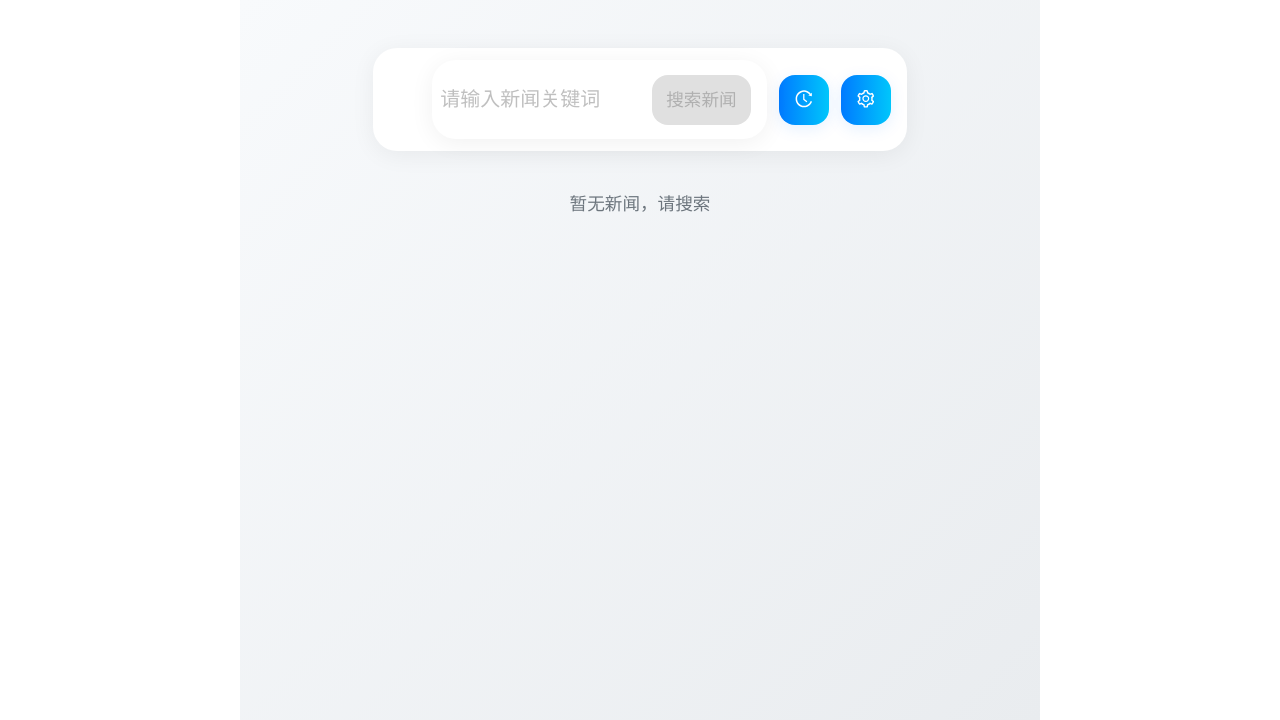
Repository: XJN7197/NewsAssistantBaseMCP
Page: / (app in frontend/)
An editor plug-in stored every save of this project. The page is shown before and after the next save, followed by the edit.
The browser window is 1280 px wide. The pictures show the whole page.
The project was rebuilt for these pictures with package versions that can differ from the ones it lists, and the page was loaded fresh each time. Also part of the build but not shown: frontend/vite.config.ts, frontend/src/components/NewsCard.tsx.

Above is the page before, as saved 2025-05-25 19:47:06.

### frontend/src/App.tsx
import { useState } from 'react'
import Home from './pages/Home'
import './App.css'

function App() {

  return (
    <>
      <Home/>
    </>
  )
}

export default App

### frontend/src/pages/Home.module.css
.home-container {
  height: 100vh;
  width: 800px;
  background: linear-gradient(135deg, #f8fafc 0%, #e9ecef 100%);
  display: flex;
  flex-direction: column;
  align-items: center;
  padding: 48px 0 48px 0; /* 调整了上下padding，左右padding设为0，因为内容区会通过max-width控制 */
  font-family: -apple-system, BlinkMacSystemFont, "Segoe UI", Roboto, "Helvetica Neue", Arial, "PingFang SC", "Hiragino Sans GB", "Microsoft YaHei", sans-serif;
}

.search-bar {
  display: flex;
  justify-content: flex-end;
  align-items: center;
  gap: 12px;
  position: sticky;
  top: 0;
  z-index: 1;
  background: #fff;
  border-radius: 24px;
  box-shadow: 0 4px 24px 0 rgba(0,0,0,0.06);
  padding: 12px 16px; /* 减小整体内边距 */
  width: 66.66%;
  max-width: none;
}

.search-bar input[type="text"] {
  flex: 1;
  min-width: 200px; /* 设置最小宽度 */
  border: none;
  outline: none;
  font-size: 1.25rem;
  background: transparent;
  color: #222;
  padding: 8px 12px; /* 调整输入框内边距 */
  margin: 0;
  box-sizing: border-box;
  border-radius: 8px; /* 添加圆角 */
  transition: background 0.2s;
}

/* 添加输入框悬停效果 */
.search-bar input[type="text"]:hover,
.search-bar input[type="text"]:focus {
  background: rgba(0, 0, 0, 0.02);
}
.search-bar button {
  height: 50px;
  background: linear-gradient(90deg, #007aff 0%, #00c6fb 100%);
  color: #fff;
  border: none;
  border-radius: 16px; /* 更大的圆角 */
  padding: 14px 36px; /* 增加了按钮padding */
  font-size: 1.1rem; /* 稍大字体 */
  font-weight: 500;
  cursor: pointer;
  transition: background 0.2s, box-shadow 0.2s;
  box-shadow: 0 4px 16px 0 rgba(0,122,255,0.10); /* 按钮阴影 */
}

.search-bar button:disabled {
  background: #e0e0e0;
  color: #b0b0b0;
  cursor: not-allowed;
  box-shadow: none;
}

.news-list-container { /* Renamed from .news-list */
  width: 66.66%; /* 宽度固定为视口宽度的2/3 */
  /* height: 1500px; 高度固定为1500px */
  max-width: none; /* 移除最大宽度限制 */
  margin-bottom: 40px;
  min-height: 180px; /* 最小高度，避免内容过少时塌陷 */
  display: flex;
  flex-direction: column;
  gap: 24px; /* 新闻卡片之间的间距 */
  overflow-y: auto; /* 添加垂直滚动 */
  /* 可以在这里添加新闻卡片的样式，或者为新闻卡片组件单独创建样式文件 */
}

/* 针对 news-list 中暂无新闻的提示文本样式 */
.news-list > div {
  color: #6c757d; /* 柔和的提示文字颜色 */
  font-size: 1.1rem;
  text-align: center;
  padding: 40px 0;
}

/* Styles for .news-card, .checkbox-container, .news-content, .news-title, .news-desc, .news-link are removed as Ant Design components handle them */

/* 错误消息样式 */
.error-message {
  color: #dc3545; /* 红色错误提示 */
  font-size: 1.1rem;
  text-align: center;
  padding: 40px 0;
}


.analyze-btn {
  margin-bottom: 32px;
}

.analyze-btn button {
  background: linear-gradient(90deg, #34e89e 0%, #0f3443 100%); /* 保持了之前的渐变色 */
  color: #fff;
  border: none;
  border-radius: 16px; /* 更大的圆角 */
  padding: 16px 48px; /* 增加了按钮padding */
  font-size: 1.2rem; /* 稍大字体 */
  font-weight: 600;
  cursor: pointer;
  transition: background 0.2s, box-shadow 0.2s;
  box-shadow: 0 4px 16px 0 rgba(52,232,158,0.10); /* 按钮阴影 */
}

.analyze-btn button:disabled {
  background: #e0e0e0;
  color: #b0b0b0;
  cursor: not-allowed;
  box-shadow: none;
}

/* Styles for .report-modal and its children are removed as Ant Design Modal component handles them */

### frontend/src/mock/newsData.ts
export const mockNewsData = {
    news_list: [
      {
        title: "Qwen引领AI前端技术革新：深度解析一句话开发网页的突破_模型_行业_创新",
        desc: "在人工智能快速发展的2025年，来自量子位的最新报道显示，AI技术正迎来前所未有的革新，尤其是在前端开发领域。由Qwen推出的“AI前端工程师”WebDev工具，以...",
        url: "https://news.sohu.com/a/893821748_121924584"
      },
      {
        title: "谷歌推Gemini2.5Pro模型，AI 助力前端开发与复杂编程",
        desc: "谷歌推Gemini2.5Pro模型#，AI 助力前端开发与复杂编程】5 月7 日消息，科技媒体The Decoder 昨日（5 月6 日）发布博文，报道称谷歌为预热今年的I/O...",
        url: "https://news.sina.com.cn/external/car/2025-05-07/doc-inevtine1324735.shtml"
      },
      {
        title: "前端程序员请注意！首个截图就能生成现代前端代码的AI来了 | 已开源",
        desc: "现在截图生成代码，已经来到了一个新高度——. ⾸个⾯向现代前端代码⽣成的多模态⼤模型解决⽅案，来了！ 而且是开源的那种。 前端程序员请注意！首个截图就能...",
        url: "https://www.qbitai.com/2025/02/258521.html"
      },
      {
        title: "AI包办79%代码，程序员饭碗不保，前端开发要凉，人类只配改Bug？",
        desc: "编码助手更偏向自动化。有79%的Claude Code对话可以被归为「自动化」，即AI直接完成任务，而不是与人类协作「增强」。相比之下，Claude.ai的对话中只有49%是...",
        url: "https://m.36kr.com/p/3271134281245063"
      },
      {
        title: "武汉烽火申请前后端协同开发方法专利，大大降低前后端耦合度",
        desc: "本文源自:金融界. 金融界2025年5月15日消息，国家知识产权局信息显示，武汉烽火信息集成技术有限公司申请一项名为“前后端协同开发方法、装置、设备及可...",
        url: "https://cj.sina.cn/articles/view/1704103183/65928d0f02007wlqg?froms=ggmp"
      }
    ]
  };

### frontend/src/mock/reportData.ts
// 模拟舆情分析报告数据
export const mockReportData = {
  report: `
  **分析时间：** 2025-05-22 20:48:32

  ---

  ## 📥 原始新闻内容

  ### 新闻1
  - **标题**: Qwen引领AI前端技术革新：深度解析一句话开发网页的突破_模型_行业_创新
  - **描述**: 在人工智能快速发展的2025年，来自量子位的最新报道显示，AI技术正迎来前所未有的革新，尤其是在前端开发领域。由Qwen推出的“AI前端工程师”WebDev工具，以...
  - **链接**: https://news.sohu.com/a/893821748_121924584

  ### 新闻2
  - **标题**: 谷歌推Gemini2.5Pro模型，AI 助力前端开发与复杂编程
  - **描述**: 谷歌推Gemini2.5Pro模型#，AI 助力前端开发与复杂编程】5 月7 日消息，科技媒体The Decoder 昨日（5 月6 日）发布博文，报道称谷歌为预热今年的I/O...
  - **链接**: https://news.sina.com.cn/external/car/2025-05-07/doc-inevtine1324735.shtml

  ### 新闻3
  - **标题**: 前端程序员请注意！首个截图就能生成现代前端代码的AI来了 | 已开源
  - **描述**: 现在截图生成代码，已经来到了一个新高度——. ⾸个⾯向现代前端代码⽣成的多模态⼤模型解决⽅案，来了！ 而且是开源的那种。 前端程序员请注意！首个截图就能...
  - **链接**: https://www.qbitai.com/2025/02/258521.html

  ### 新闻4
  - **标题**: AI包办79%代码，程序员饭碗不保，前端开发要凉，人类只配改Bug？
  - **描述**: 编码助手更偏向自动化。有79%的Claude Code对话可以被归为「自动化」，即AI直接完成任务，而不是与人类协作「增强」。相比之下，Claude.ai的对话中只有49%是...
  - **链接**: https://m.36kr.com/p/3271134281245063

  ### 新闻5
  - **标题**: 武汉烽火申请前后端协同开发方法专利，大大降低前后端耦合度
  - **描述**: 本文源自:金融界. 金融界2025年5月15日消息，国家知识产权局信息显示，武汉烽火信息集成技术有限公司申请一项名为“前后端协同开发方法、装置、设备及可...
  - **链接**: https://cj.sina.cn/articles/view/1704103183/65928d0f02007wlqg?froms=ggmp

  ---

  ## 📊 分析结果

  ### 舆情分析报告
  **日期**：2025年5月
  **分析范围**：五篇关于AI与前端开发的新闻

  ---

  #### **一、情绪倾向分析**
  | 新闻编号 | 情绪倾向 | 原因说明 |
  |----------|----------|----------|
  | **新闻1** | **正面** | 强调Qwen的“革新”“突破”等词汇，突出AI技术对前端开发的赋能，传递积极创新信号。 |
  | **新闻2** | **正面** | 谷歌推出新模型推动“AI助力前端开发”，体现技术迭代的行业趋势，语气温和但积极。 |
  | **新闻3** | **正面** | 聚焦“首个截图生成代码”“开源”等关键词，展示AI工具的实用性和开放性，引发开发者关注。 |
  | **新闻4** | **负面** | 标题直接使用“饭碗不保”“要凉”等强烈词汇，讨论AI对程序员职业的冲击，情绪偏担忧。 |
  | **新闻5** | **正面** | 武汉烽火的专利申请聚焦“降低耦合度”技术优化，体现行业对效率提升的关注，属中性积极技术报道。 |

  ---

  #### **二、舆情总结**
  1. **技术革新主导正面情绪**
     - 多篇新闻聚焦AI在前端开发中的创新应用（如Qwen、Gemini2.5Pro、开源工具），强调效率提升、自动化开发等优势，反映行业对AI技术的期待与认可。
     - 专利申请（新闻5）进一步表明企业对技术优化的重视，传递积极发展趋势。

  2. **负面情绪集中于就业风险**
     - 新闻4通过“79%代码由AI包办”“程序员饭碗不保”等表述，引发对AI替代人力的焦虑，负面情绪显著，但未否认技术价值。

  3. **行业矛盾与机遇并存**
     - 正面报道多关注技术突破，负面内容则反映人类与AI协作模式的争议，整体呈现“技术进步”与“职业担忧”的双重叙事。

  ---

  #### **三、建议**
  - **技术开发者**：关注AI工具的开源与迭代（如新闻3），同时提升复合技能以适应自动化趋势。
  - **企业与政策制定者**：平衡技术应用与就业保障，推动人机协作模式的探索。
  - **媒体传播**：客观呈现AI对行业的赋能与挑战，避免过度渲染负面情绪。

  **结论**：当前舆情以技术革新为核心积极主题，但需警惕AI对职业结构的潜在冲击，行业需在创新与人文关怀间寻求平衡。
`
}

### frontend/src/components/NewsSearch.tsx
import React from 'react';
import { Button as AntButton, Input } from 'antd';
import styles from '../pages/Home.module.css'; // 引入 Home.module.css 中的样式

interface NewsSearchProps {
  keyword: string;
  setKeyword: (keyword: string) => void;
  handleSearch: () => void;
  loading: boolean;
}

const NewsSearch: React.FC<NewsSearchProps> = ({
  keyword,
  setKeyword,
  handleSearch,
  loading,
}) => {
  return (
    <div className={styles['search-bar']}> {/* 使用 Home.module.css 中的样式 */}
      <Input
        placeholder="请输入新闻关键词"
        value={keyword}
        onChange={e => setKeyword(e.target.value)}
        onPressEnter={handleSearch} // 支持回车搜索
        style={{ flex: 1, fontSize: '1.25rem', padding: '12px 0' }} // 保持原有部分样式
      />
      <AntButton
        type="primary"
        onClick={handleSearch}
        loading={loading}
        disabled={!keyword}
        style={{ borderRadius: '16px', padding: '14px', fontSize: '1.1rem', fontWeight: 500 }} // 保持原有部分样式，并添加右边距
      >
        搜索新闻
      </AntButton>
    </div>
  );
};

export default NewsSearch;

### frontend/src/components/NewsList.tsx
import React from 'react';
import { List, Spin, Typography } from 'antd';
import NewsCard from './NewsCard';
import styles from '../pages/Home.module.css'; // 引入 Home.module.css 中的样式

const { Text } = Typography;

interface NewsListProps {
  newsList: any[]; // 根据实际新闻数据结构定义更精确的类型
  selectedNews: Set<number>;
  onItemChange: (id: number, checked: boolean) => void;
  loading: boolean;
}

const NewsList: React.FC<NewsListProps> = ({
  newsList,
  selectedNews,
  onItemChange,
  loading,
}) => {
  return (
    <div className={styles['news-list-container']}> {/* 使用 Home.module.css 中的样式 */}
      {loading && newsList.length === 0 && (
        <div style={{ textAlign: 'center', padding: '40px 0' }}>
          <Spin size="large" />
        </div>
      )}
      {!loading && newsList.length === 0 && (
        <div style={{ textAlign: 'center', color: '#6c757d', fontSize: '1.1rem', padding: '40px 0' }}>
          暂无新闻，请搜索
        </div>
      )}
      {newsList.length > 0 && newsList[0].error && (
        <div className={styles['error-message']}>{newsList[0].error}</div>
      )}
      {newsList.length > 0 && !newsList[0].error && (
        <List
          itemLayout="horizontal"
          dataSource={newsList}
          renderItem={item => (
            <NewsCard
              key={item.id}
              item={item}
              selectedNews={selectedNews}
              onItemChange={onItemChange}
            />
          )}
        />
      )}
    </div>
  );
};

export default NewsList;

### frontend/src/components/ReportModal.tsx
import React from 'react';
import { Modal, Button as AntButton, Spin, Typography } from 'antd';
import ReactMarkdown from 'react-markdown';
import remarkGfm from 'remark-gfm';

const { Title, Text } = Typography;

interface ReportModalProps {
  showReport: boolean;
  setShowReport: (show: boolean) => void;
  report: string | null;
  loading: boolean;
  handleDownload: () => void;
  setEmailModalVisible: (visible: boolean) => void;
}

const ReportModal: React.FC<ReportModalProps> = ({
  showReport,
  setShowReport,
  report,
  loading,
  handleDownload,
  setEmailModalVisible,
}) => {
  return (
    <Modal
      title={<Title level={3} style={{ textAlign: 'center', marginBottom: 0 }}>舆情分析报告</Title>}
      open={showReport}
      onCancel={() => setShowReport(false)}
      footer={[
        <AntButton
          key="download"
          onClick={handleDownload}
          disabled={!report}
          style={{ borderRadius: '12px', marginRight: '8px' }}
        >
          下载报告
        </AntButton>,
        <AntButton
          key="email"
          onClick={() => setEmailModalVisible(true)}
          disabled={!report}
          style={{ borderRadius: '12px', marginRight: '8px' }}
        >
          发送邮件
        </AntButton>,
        <AntButton key="close" type="primary" onClick={() => setShowReport(false)} style={{ borderRadius: '12px' }}>
          关闭
        </AntButton>
      ]}
      width="60vw"
      styles={{
        body: { maxHeight: '70vh', overflowY: 'auto', background: '#fff', padding: '24px 40px' },
        content: { zIndex: 1000 }
      }}
    >
      {loading && !report ? (
        <div style={{ textAlign: 'center', padding: '40px 0' }}>
          <Spin size="large" tip="分析报告生成中..." />
        </div>
      ) : report ? (
        <ReactMarkdown remarkPlugins={[remarkGfm]}>{report}</ReactMarkdown>
      ) : (
        <Text>报告生成中或无内容...</Text>
      )}
    </Modal>
  );
};

export default ReportModal;

### frontend/src/components/SettingsModal.tsx
import React from 'react';
import { Modal, Button as AntButton, Spin, Form, Input, Typography, message } from 'antd';

const { Title } = Typography;

interface SettingsModalProps {
  showSettings: boolean;
  setShowSettings: (show: boolean) => void;
  config: any; // 根据实际配置数据结构定义更精确的类型
  configLoading: boolean;
  fetchConfig: () => void;
  updateConfig: (values: any) => Promise<void>;
}

const SettingsModal: React.FC<SettingsModalProps> = ({
  showSettings,
  setShowSettings,
  config,
  configLoading,
  fetchConfig,
  updateConfig,
}) => {
  const [configForm] = Form.useForm();

  // 当弹窗打开时获取配置
  React.useEffect(() => {
    if (showSettings) {
      fetchConfig();
    }
  }, [showSettings, fetchConfig]);

  // 当 config 更新时设置表单值
  React.useEffect(() => {
    configForm.setFieldsValue(config);
  }, [config, configForm]);

  const handleSave = async () => {
    try {
      const values = await configForm.validateFields();
      await updateConfig(values);
    } catch (errorInfo) {
      console.error('Validate Failed:', errorInfo);
      message.error('请检查表单填写是否正确。');
    }
  };

  return (
    <Modal
      title={<Title level={3} style={{ textAlign: 'center', marginBottom: 0 }}>配置设置</Title>}
      open={showSettings}
      onCancel={() => setShowSettings(false)}
      footer={[
        <AntButton key="cancel" onClick={() => setShowSettings(false)} style={{ borderRadius: '12px' }}>
          取消
        </AntButton>,
        <AntButton key="submit" type="primary" loading={configLoading} onClick={handleSave} style={{ borderRadius: '12px' }}>
          保存
        </AntButton>,
      ]}
      width="50vw"
      styles={{ body: { maxHeight: '70vh', overflowY: 'auto', background: '#fff', padding: '24px 40px' } }}
    >
      {configLoading && Object.keys(config).length === 0 ? (
        <div style={{ textAlign: 'center', padding: '40px 0' }}>
          <Spin size="large" tip="加载配置中..." />
        </div>
      ) : (
        <Form
          form={configForm}
          layout="vertical"
          initialValues={config} // 使用状态中的配置作为初始值
        >
          {Object.keys(config).map(key => {
            let inputProps = {};

            // 根据不同字段设置不同的input type
            if (key === 'BASE_URL') {
              inputProps = { type: 'url', placeholder: '请输入有效的URL地址' };
            } else if (key === 'EMAIL_USER') {
              inputProps = { type: 'email', placeholder: '请输入有效的邮箱地址' };
            } else if (key === 'SMTP_SERVER') {
              inputProps = {
                type: 'text',
                placeholder: '请输入SMTP服务器地址',
                pattern: '^[a-zA-Z0-9][a-zA-Z0-9\-\.]+[a-zA-Z0-9]$'
              };
            }

            return (
              <Form.Item
                key={key}
                label={key}
                name={key}
                rules={[{ required: true, message: `请输入 ${key}!` }]} // 添加必填规则
              >
                <Input {...inputProps} />
              </Form.Item>
            );
          })}
        </Form>
      )}
    </Modal>
  );
};

export default SettingsModal;

### frontend/src/components/EmailModal.tsx
import React, { useState } from 'react';
import { Modal, Button as AntButton, Form, Input, message } from 'antd';

interface EmailModalProps {
  emailModalVisible: boolean;
  setEmailModalVisible: (visible: boolean) => void;
  report: string | null;
}

const EmailModal: React.FC<EmailModalProps> = ({
  emailModalVisible,
  setEmailModalVisible,
  report,
}) => {
  const [emailTo, setEmailTo] = useState('');
  const [emailSending, setEmailSending] = useState(false);
  const [form] = Form.useForm();

  // Reset form when modal opens
  React.useEffect(() => {
    if (emailModalVisible) {
      form.resetFields();
      setEmailTo(''); // Also reset local state
    }
  }, [emailModalVisible, form]);

  const handleSendEmail = async () => {
    if (!report || !emailTo) return;

    setEmailSending(true);
    try {
      const response = await fetch('http://localhost:8000/send_email', {
        method: 'POST',
        headers: {
          'Content-Type': 'application/json',
        },
        body: JSON.stringify({
          to: emailTo,
          subject: `舆情分析报告`,
          report_content: report
        }),
      });

      const data = await response.json();
      if (data.status === 'success') {
        message.success('邮件发送成功！');
        setEmailModalVisible(false);
      } else {
        message.error(`邮件发送失败: ${data.message}`);
      }
    } catch (error) {
      console.error("邮件发送失败:", error);
      message.error(`邮件发送失败: ${error}`);
    } finally {
      setEmailSending(false);
    }
  };

  return (
    <Modal
      title="发送分析报告到邮箱"
      open={emailModalVisible}
      onCancel={() => setEmailModalVisible(false)}
      footer={[
        <AntButton key="cancel" onClick={() => setEmailModalVisible(false)} style={{ borderRadius: '12px' }}>
          取消
        </AntButton>,
        <AntButton
          key="send"
          type="primary"
          loading={emailSending}
          onClick={handleSendEmail}
          disabled={!emailTo}
          style={{ borderRadius: '12px' }}
        >
          发送
        </AntButton>,
      ]}
    >
      <Form form={form} layout="vertical">
        <Form.Item
          label="收件人邮箱"
          name="email"
          rules={[
            { required: true, message: '请输入收件人邮箱!' },
            { type: 'email', message: '请输入有效的邮箱地址!' }
          ]}
        >
          <Input
            placeholder="请输入收件人邮箱"
            value={emailTo}
            onChange={e => setEmailTo(e.target.value)}
          />
        </Form.Item>
      </Form>
    </Modal>
  );
};

export default EmailModal;

Loaded but not shown: frontend/index.html (common file); frontend/src/main.tsx (common file); frontend/src/index.css (common file); frontend/src/App.css (common file); frontend/src/pages/Home.tsx (476 lines, source omitted)

After the next save:
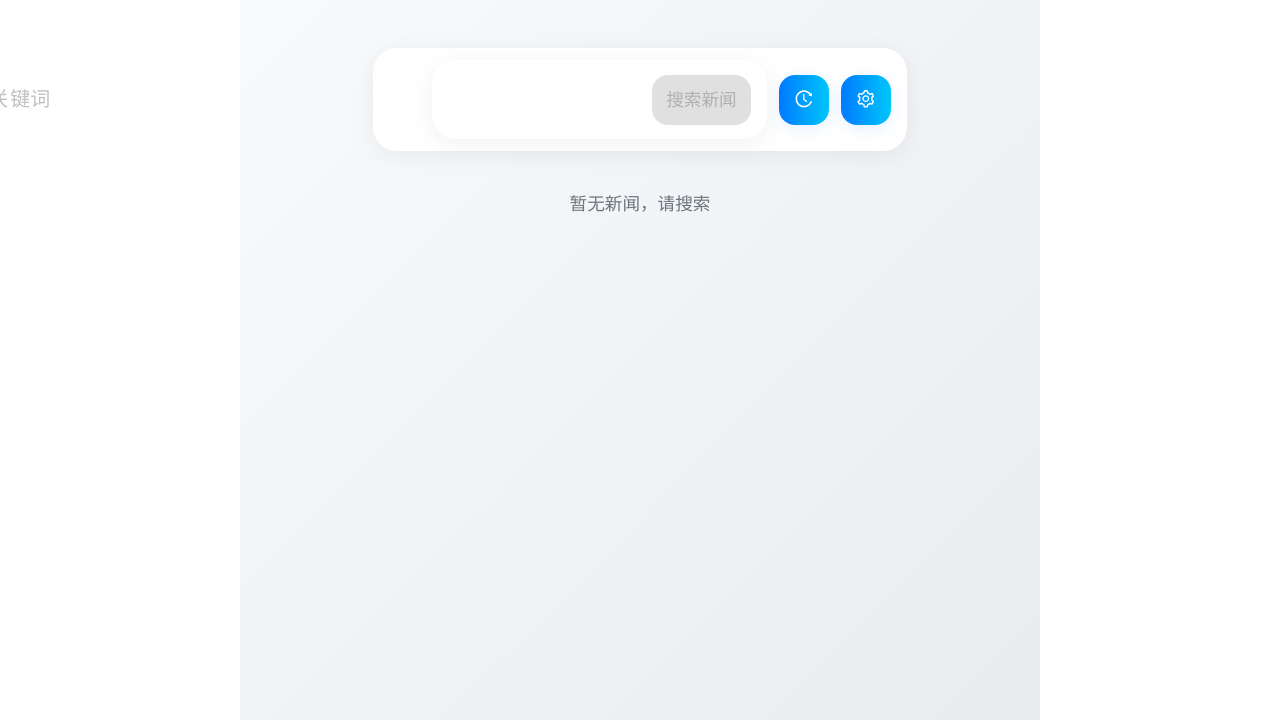
Saved 38 s later.
--- a/frontend/src/pages/Home.module.css
+++ b/frontend/src/pages/Home.module.css
@@ -27,7 +27,7 @@
 
 .search-bar input[type="text"] {
   flex: 1;
-  min-width: 200px; /* 设置最小宽度 */
+  min-width: 750px; /* 设置最小宽度 */
   border: none;
   outline: none;
   font-size: 1.25rem;
